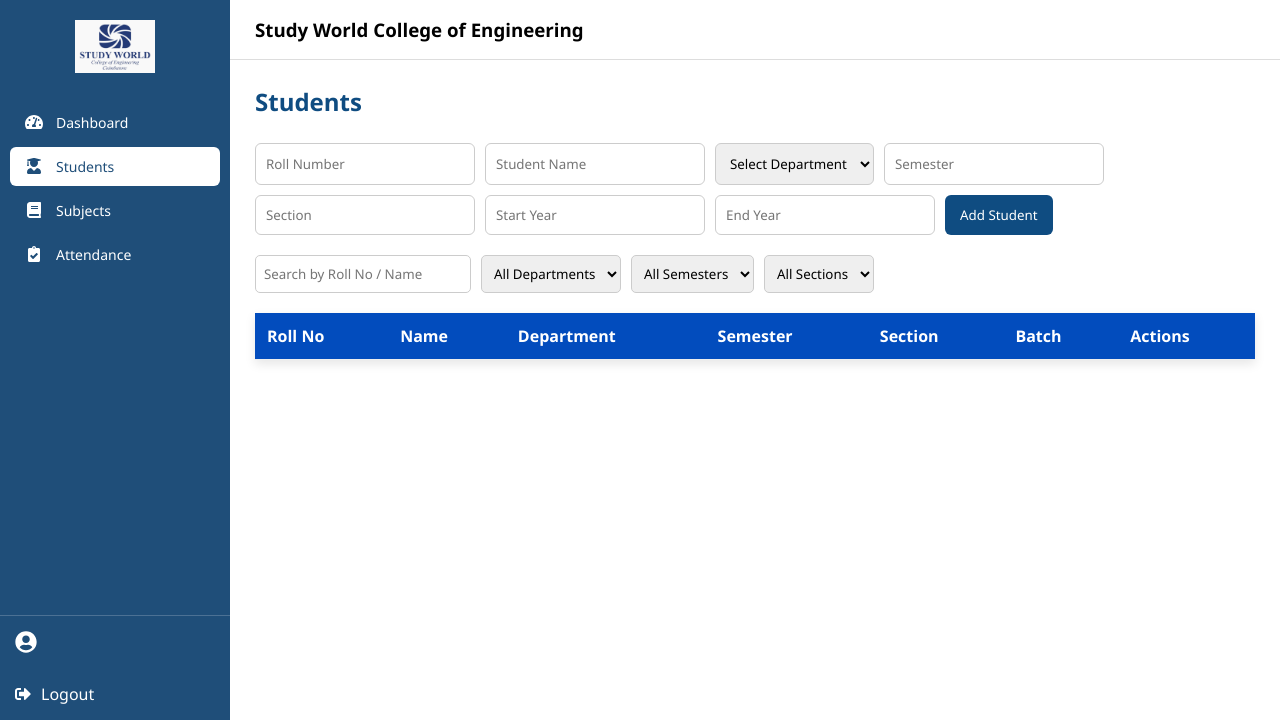
Repository: arthanarieswara/frontend
Page: /students
An editor plug-in stored every save of this project. The page is shown before and after the next save, followed by the edit.
The browser window is 1280 px wide. The pictures show the whole page.
The page's requests for data from a server got no answer. The project was rebuilt for these pictures with package versions that can differ from the ones it lists, and the page was loaded fresh each time. No one was signed in, and anything a server would have sent is missing. Also part of the build but not shown: vite.config.js, src/pages/auth/Login.jsx, src/pages/dashboard/Dashboard.css, src/pages/dashboard/Dashboard.jsx, src/pages/departments/Departments.jsx, src/pages/faculty/Faculty.css, src/pages/faculty/Faculty.jsx, src/pages/Subjects/Subjects.css and 8 more.

Above is the page before, as saved 2026-04-01 15:33:07.

After the next save:
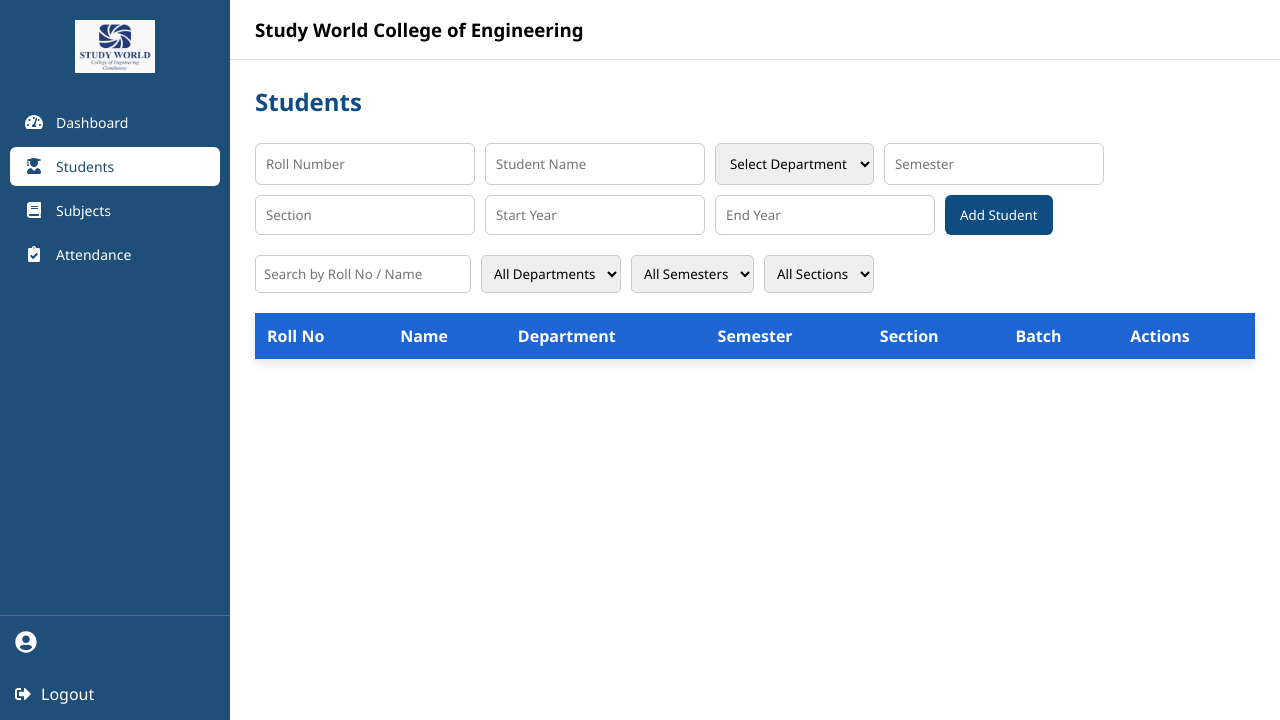
Saved 4 s later.
--- a/src/pages/students/Students.css
+++ b/src/pages/students/Students.css
@@ -35,7 +35,7 @@
 }
 
 .students-table th{
-    background:#024cbd;
+    background:#1c65d3;
 }
 
 .students-table th,
